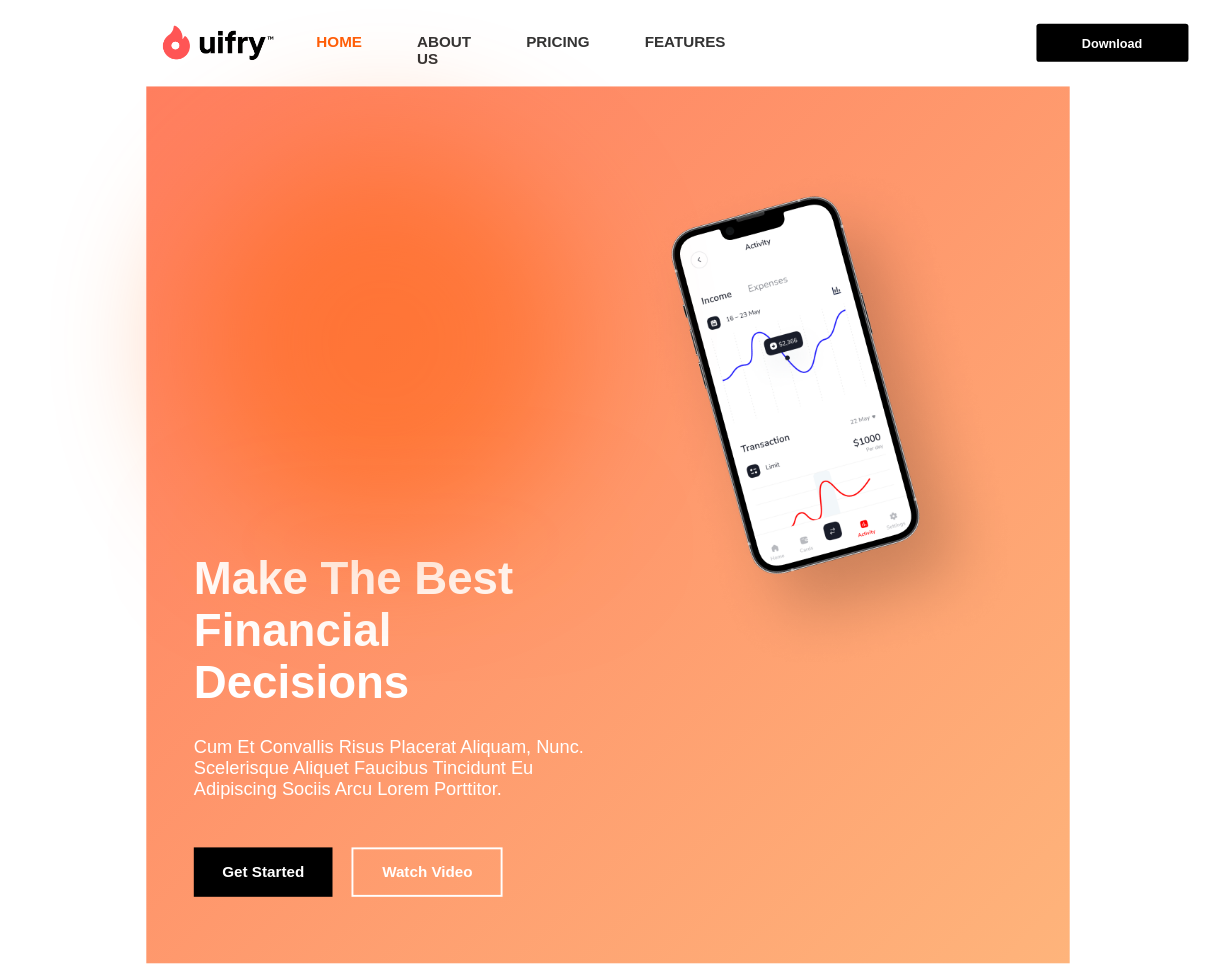
Repository: sakshambansal7/Uifry
Page: index.html
The author's editor kept a copy of each file at every save. The page is drawn from the files as they stood at one save, then again after the next save.
The browser window is 1280 px wide. The pictures show the whole page, at 95% of full size.

Above is the page before, as saved 2024-06-12 15:09:32.

### index.html
<!DOCTYPE html>
<html lang="en">
  <head>
    <meta charset="UTF-8" />
    <meta name="viewport" content="width=device-width, initial-scale=1.0" />
    <title>uifry.com</title>
    <link rel="stylesheet" href="style.css" />
  </head>
  <body>
    <nav class="navbar">
      <div>
        <img class="logo" src="./images/logo.png" alt="img" />
      </div>
      <div class="nav">
        <div><a href="#" class="nav__link active">Home </a></div>
        <div><a href="#" class="nav__link">About Us</a></div>
        <div><a href="#" class="nav__link">Pricing</a></div>
        <div><a href="#" class="nav__link">features</a></div>
      </div>
      <div class="download">
        <button class="button">Download</button>
      </div>
    </nav>
    <div class="part1 absolute">
      <div class="left absolute insert-0 justify-center ">
        <div class="bg-shape1 bg-primary opacity-50 bg-blur"></div>
        <div class="bg-shape2 bg-yellow opacity-50 bg-blur"></div>

        <h1>Make The Best Financial Decisions</h1>
        <p>
          Cum Et Convallis Risus Placerat Aliquam, Nunc. Scelerisque Aliquet
          Faucibus Tincidunt Eu Adipiscing Sociis Arcu Lorem Porttitor.
        </p>
        <div class="cta-buttons">
          <button class="get-started-btn">Get Started</button>
          <button class="watch-video-btn">Watch Video</button>
        </div>
      </div>
      <div class="right">
        <img src="./images/igraph.png" alt="Mobile App Mockup" />
      </div>
    </div>
  </body>
  <script src="script.js"></script>
</html>

### style.css

*{
    margin: 0px;
    padding: 5px;

}
body {
  margin-left: 20vh;
  margin-right: 20vh;
  font-family: Arial, sans-serif;
  background: #fff;
  color: #333;
  justify-content: center;
  box-sizing: border-box;
}

  /* navbar */
.logo {
  width: 120px;
}


.navbar{
  display: flex;
  justify-content: flex-start;

}
.nav{
  padding-top: 10px;
  display: flex;
  justify-content: center;

}
nav  {
  display: inline;
}

nav a {
  text-decoration: none;
  color: #333;
  font-weight: bold;
}


.button {
  width: 160px;
  height: 40px;
  border-radius: 3px;

  background-color: #000;
  color: #fff;
  padding: 10px 20px;
  border: none;
  cursor: pointer;
  font-weight: bold;
  margin-left: 40vh;
}
.download{

  padding-top: 10px;
}


.nav__link {
    display: block;
    padding: .3125rem 1.5rem;
    text-transform: uppercase;
  }

  .nav__link.active  {

    color: #FF5E08;
  }

  /* part-1 */

  .part1 {
    display: flex;
    justify-content: space-between;
    padding: 60px 40px;
    background: linear-gradient(135deg, #ff7e5f, #feb47b);
    color: #fff;
}

.left {
  max-width: 50%;
}

.part1 h1 {
  font-size: 3em;
  margin: 0 0 20px;
}

.part1 p {
  font-size: 1.2em;
  margin: 0 0 40px;
}

.cta-buttons {
  display: flex;
  gap: 20px;
}

.get-started-btn,
.watch-video-btn {
  background: #000;
  color: #fff;
  padding: 15px 30px;
  border: none;
  cursor: pointer;
  font-size: 1em;
  font-weight: bold;
}

.watch-video-btn {
  background: transparent;
  border: 2px solid #fff;
}

.right {
  max-width: 50%;
}

.right img {
  width: 100%;
}
/* background-effect */
/* .absolute{
  position: absolute;
  top: 50px !important;
  inset: 0;
  justify-content: center;
  display: inline-flex;
  flex-direction: row;
} */

.justify-center{
  justify-content: center;
}

.bg-shape1{
  width: 400px;
  height: 400px;
  border-radius: 9999px;
  position: relative;
}

.opacity-50{
  opacity: .5;
}

.bg-blur{
filter: blur(70px);
}
.bg-primary{
  background-color: #FF5E08;
}

.bg-yellow{
  background-color: #FF5E08;
}

### script.js
document.addEventListener('DOMContentLoaded', function() {
    const selector = '.nav__link';
    const elems = Array.from( document.querySelectorAll( selector ) );
    const navigation = document.querySelector( 'nav' );

    function makeActive( evt ) {
      const target = evt.target;

      if ( !target || !target.matches( selector ) ) {
        return;
      }

      elems.forEach( elem => elem.classList.remove( 'active' ) );

        evt.target.classList.add( 'active' );
    };

    navigation.addEventListener( 'mousedown', makeActive );

    } );

After the next save:
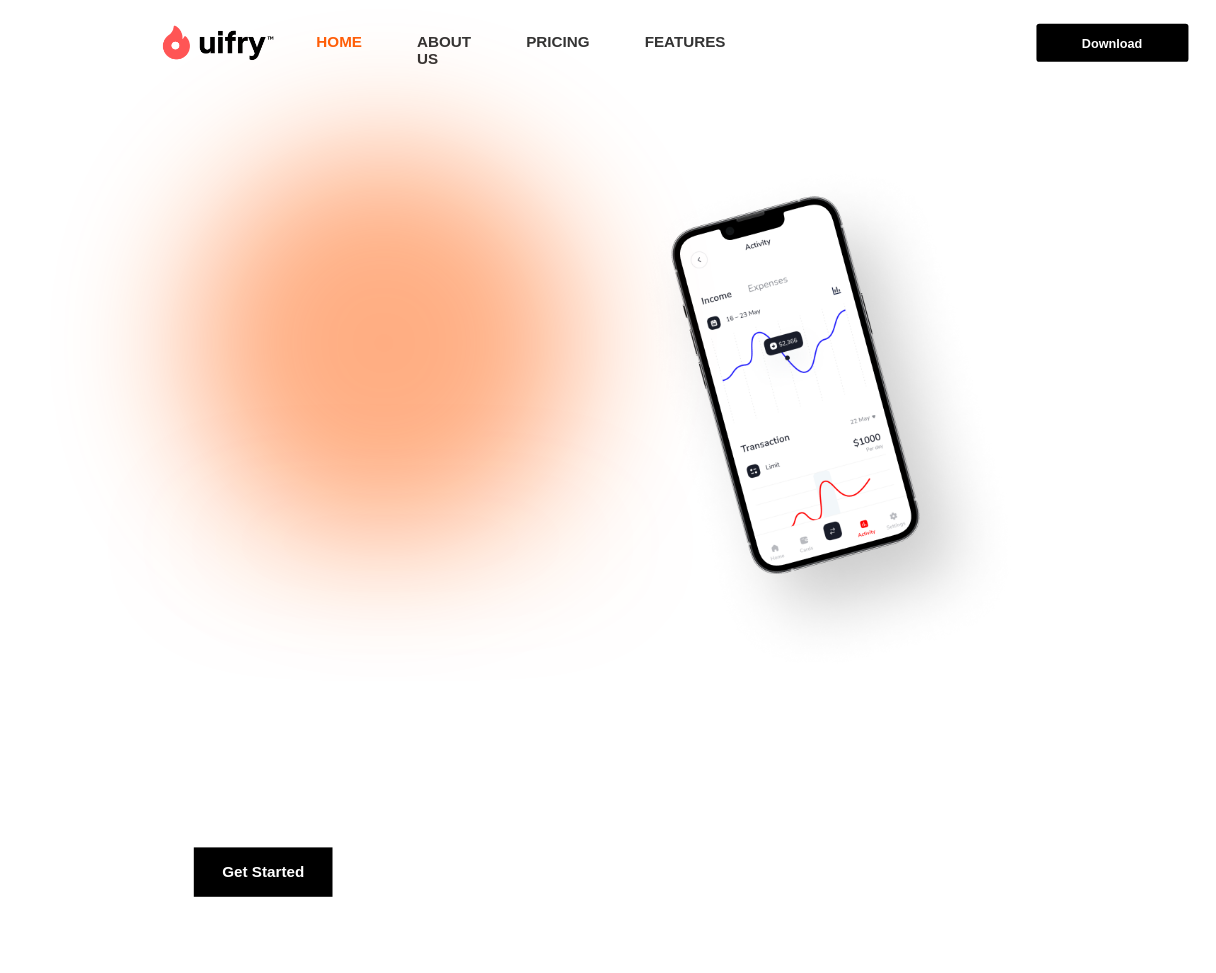
Saved 73 s later.
--- a/style.css
+++ b/style.css
@@ -78,7 +78,6 @@ nav a {
     display: flex;
     justify-content: space-between;
     padding: 60px 40px;
-    background: linear-gradient(135deg, #ff7e5f, #feb47b);
     color: #fff;
 }
 
